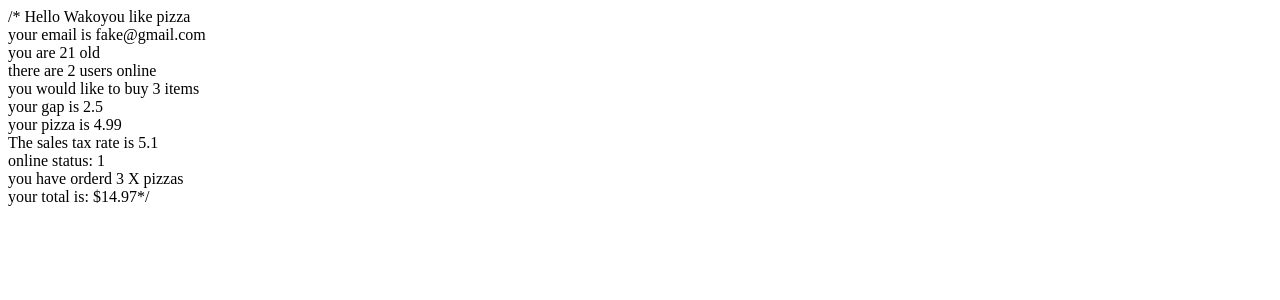
Repository: wakoya-tech/Node-js
Page: http://localhost/
These files come from the project's save history. The page is drawn as it stood at one moment and after the next save; the edit follows.
The browser window is 1280 px wide. The pictures show the whole page.
The page is run by PHP 8.4 with error messages shown; the project is at /var/www/html/.

Above is the page before, as saved 2025-12-09 10:44:09.

After the next save:
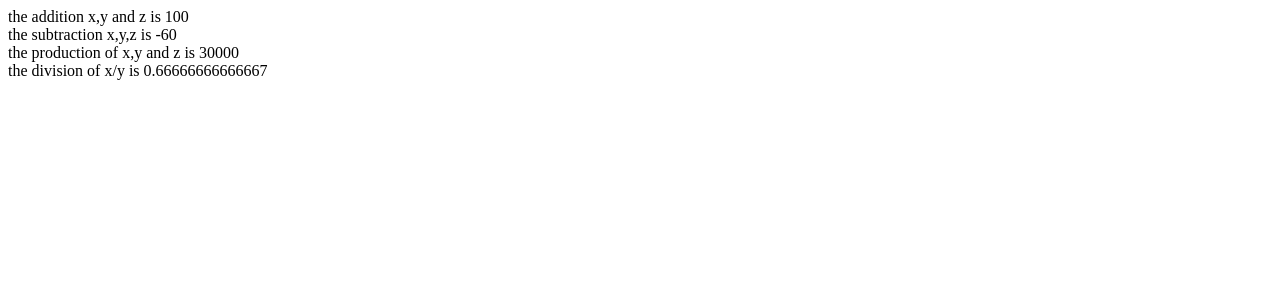
Saved 8 min 7 s later.
--- a/Documents/MyPhp/index.php
+++ b/Documents/MyPhp/index.php
@@ -1,5 +1,6 @@
+
+<?php
 /*
-<?php
 $name = "Wako";
 $food = "pizza";
 $email = "fake@gmail.com";
@@ -27,5 +28,17 @@ echo "you have orderd {$quantity} X {$food}s<br>";
 
 $total = $quantity * $price;
 echo "your total is: \${$total}";
+*/
+$x = 20;
+$y = 30;
+$z = 50;
+$pro = $x * $y * $z;
+$add = $x + $y + $z;
+$sub = $x - $y - $z;
+$div = $x / $y;
+echo "the addition x,y and z is {$add} <br>";
+echo "the subtraction x,y,z is {$sub} <br>";
+echo "the production of x,y and z is {$pro} <br>";
+echo "the division of x/y is {$div}";
+
 ?>
-*/
